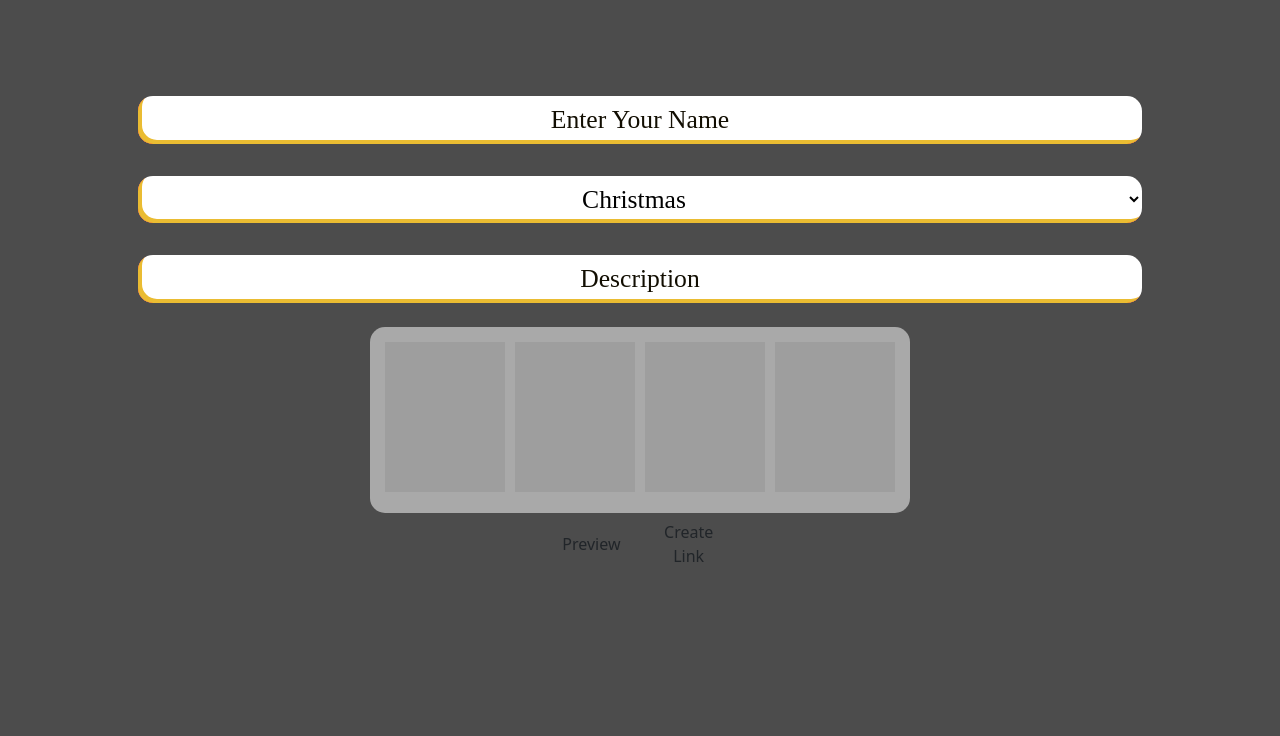
Repository: Haneef-Shaik/Greetings
Page: /
An editor plug-in stored every save of this project. The page is shown before and after the next save, followed by the edit.
The browser window is 1280 px wide. The pictures show the whole page.
Pictures or frames that could not be fetched are drawn as grey boxes. The project was rebuilt for these pictures with package versions that can differ from the ones it lists, and the page was loaded fresh each time. The framework's server and built-in components were replaced by stand-ins that run in the browser. Also part of the build but not shown: next.config.js, styles/card.module.scss, components/card.js, styles/socialShare.module.scss, components/socialShare.js.

Above is the page before, as saved 2021-12-01 21:11:37.

### pages/_app.js
import '../styles/globals.css'
import 'bootstrap/dist/css/bootstrap.css'


function MyApp({ Component, pageProps }) {
  return <Component {...pageProps} />
}

export default MyApp

### pages/index.js
import Card from "../components/card.js";
import {useRouter} from 'next/router';
import Ss from "../components/socialShare"
import InpFrm from "../components/form"

export default function Home() {
  const {query} = useRouter();
  const myurls='https://gratefulprayerthankfulheart.com/wp-content/uploads/2014/12/aquawhitechristmastreegreeting.jpg';

  if(query.length > 0)
  {

    if(query.greeting)
    {
      return (
        <>
          <Card event={query.event} image={query.bgImg} name={query.name} greeting={query.greeting}  />
        </>
          )
    }
    else
    {
      return (
        <>
          <Card event={query.event} image={query.bgImg} name={query.name}  />
        </>
          )
    }

  }
  else
  {
    return (
        <>
          <InpFrm />
        </>
        )
  }
    // return (
    //   <>
        {/* <Card event='Event' image={myurls} name='Name' color='red' greeting="Lorem Ipsum is simply dummy text of the printing and typesetting industry. Lorem Ipsum has been thing software like Aldus PageMaker including versions of Lorem Ipsum."  /> */}
        {/* <Ss mylink="localhost:3000/name=haneef&event=christmas" /> */}
    {/*     <Ss mylink="localhost:3000/name=haneef&event=christmasW&sddsajnodsoduaibdadbksa" /> */}
    //   </>
    //     )

}

### components/form.js
/* eslint-disable no-undef */
import React, {useState,useRef} from 'react'

import 'bootstrap/dist/css/bootstrap.min.css';
import styles from '../styles/form.module.scss';
import IMAGE from 'next/image'


function Edit() {

    const [IMG1,setImg]=useState('christmas.png');


    return (
        <div className="container-fluid p-2 "  style={{backgroundColor:'#4C4C4C'} }>
            <div className="container">
                <div className="row">
                    <div className="col-12">
                        <div className={styles.formContainer} >
                            <form className="formStyle">
                                <input type="text" placeholder="Enter Your Name" className="col-12" required />

                                <select name="festival" className="col-12 p-2">
                                    <option value="christmas">Christmas</option>
                                    <option value="newYear">New Year</option>
                                </select>

                                <input type="text" placeholder="Description" className="col-12" optional />

                                <div className="d-flex justify-content-around align-items-center flex-wrap mt-4" style={{backgroundColor:'darkgrey',borderRadius:'15px',padding:'10px'}}>
                                    {/* <label htmlFor="img1">
                                        <IMAGE src='/images/christmas/christmas.png' width={200} height={100} />
                                    </label>
                                    <label htmlFor="img2">
                                        <IMAGE src='/images/christmas/christmas.png' width={200} height={100} />
                                    </label>
                                    <label htmlFor="img3">
                                        <IMAGE src='/images/christmas/christmas.png' width={200} height={100} />
                                    </label>
                                    <label htmlFor="img4">
                                        <IMAGE src='/images/christmas/christmas.png' width={200} height={100} />
                                    </label>
                                    <input type="radio" name="BgImage" className="bgImg" id="img1" hidden="true" />
                                    <input type="radio" name="BgImage" className="bgImg" id="img2" hidden="true" />
                                    <input type="radio" name="BgImage" className="bgImg" id="img3" hidden="true" />
                                    <input type="radio" name="BgImage" className="bgImg" id="img4" hidden="true" /> */}

                                <button onClick={()=>setImg('christmas.png')} className="btn p-1">
                                    <IMAGE src='/images/christmas/christmas.png' width="120" height="150" />
                                </button>

                                <button onClick={()=>setImg('christmas1.png')} className="btn p-1">
                                    <IMAGE src='/images/christmas/christmas1.png' width="120" height="150" />
                                </button>

                                <button onClick={()=>setImg('christmas2.png')} className="btn p-1">
                                    <IMAGE src='/images/christmas/christmas2.png' width="120" height="150" />
                                </button>

                                <button onClick={()=>setImg('christmas2.png')} className="btn p-1">
                                    <IMAGE src='/images/christmas/christmas2.png' width="120" height="150" />
                                </button>

                                </div>

                                <div className="footerBanner">
                                    <div className="row ">
                                        <div className="col p-0 m-0 d-flex justify-content-around "  > <button className="btn "  >Preview</button></div>
                                        <div className="col p-0 m-0 d-flex justify-content-around "  > <button className="btn "  > Create Link </button></div>
                                    </div>
                                </div>
                            </form>
                        </div>
                    </div>
                </div>
            </div>
        </div>
    )
}


class InvitationCard extends React.Component{
    render(){
        return (

                <div className="body p-2" style={{backgroundColor: this.props.c,backgroundImage:`url(${this.props.im})`,backgroundSize:350,backgroundRepeat:'no-repeat'}} >
                    <h1 id="heading" style={{color: this.props.heading}}>{this.props.name}</h1>
                    <p style={{marginTop: "50px",color: this.props.content}}>{this.props.message}</p>
                    <p style={{color: this.props.content}} id="toWhom">{this.props.to}</p>
                </div>
        )
    }

}



export default Edit;

### styles/form.module.scss
.formContainer{
    padding:5%;
    min-height:100vh;
    background-color:#4C4C4C;
    // background: linear-gradient(#920000,#800000,#6D0000,#490000);
    input , select {
        margin-top:2rem;

        text-align:center;
        font-family: 'Times New Roman', Times, serif;
        font-size:1.6rem;
        border:none;

        background-color:#fff;
        border-radius:15px;
        box-shadow: inset 4px -4px 0px #EABC32 , inset 2px -2px 0px #f00 ;
        line-height:3rem;
        &::placeholder{
            color:#120E02;
        }
    }
    form{
        display: flex;
        align-items:center;
        justify-content: space-evenly;
        flex-direction: column;
        flex-wrap: wrap;
    }
    .bgImg:active{
        border: 5px solid white;
    }
}

Loaded but not shown: pages/api/hello.js (common file); styles/globals.css (common file)

After the next save:
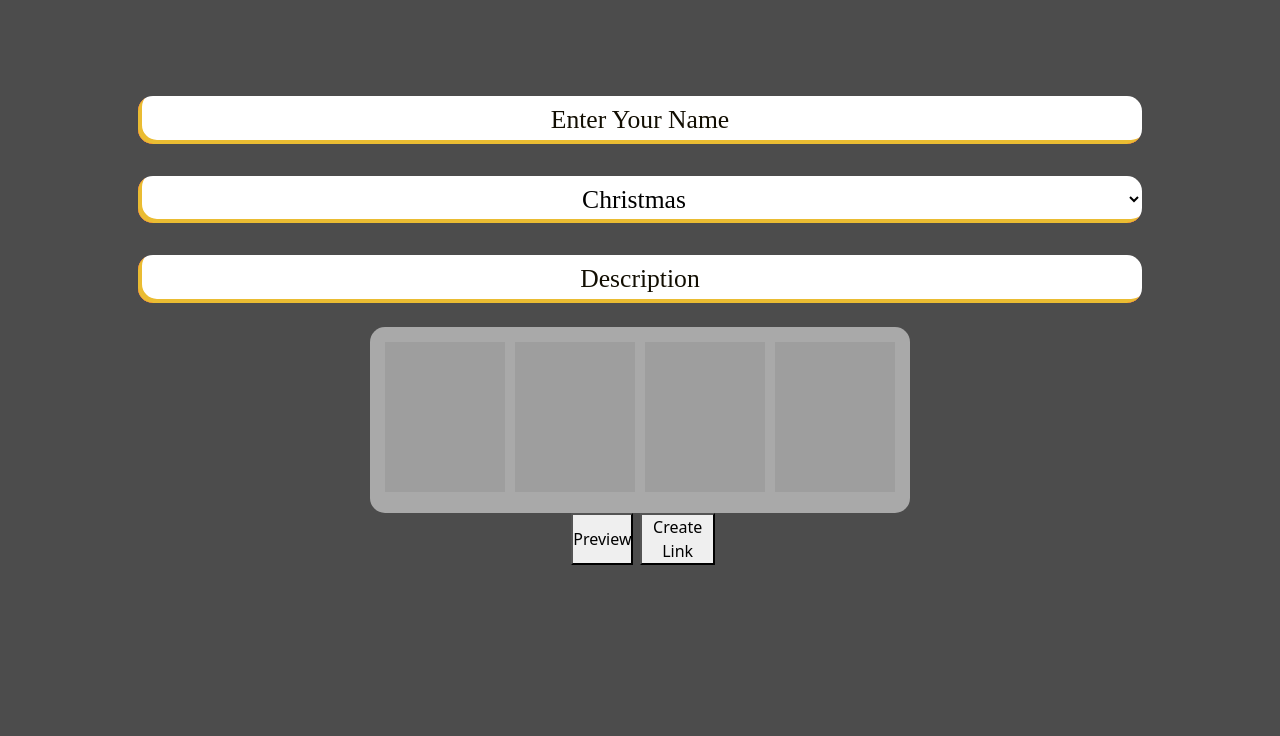
Saved 4 s later.
--- a/components/form.js
+++ b/components/form.js
@@ -65,8 +65,8 @@ function Edit() {
 
                                 <div className="footerBanner">
                                     <div className="row ">
-                                        <div className="col p-0 m-0 d-flex justify-content-around "  > <button className="btn "  >Preview</button></div>
-                                        <div className="col p-0 m-0 d-flex justify-content-around "  > <button className="btn "  > Create Link </button></div>
+                                        <div className="col p-0 m-0 d-flex justify-content-around "  > <button className=""  >Preview</button></div>
+                                        <div className="col p-0 m-0 d-flex justify-content-around "  > <button className=""  > Create Link </button></div>
                                     </div>
                                 </div>
                             </form>
